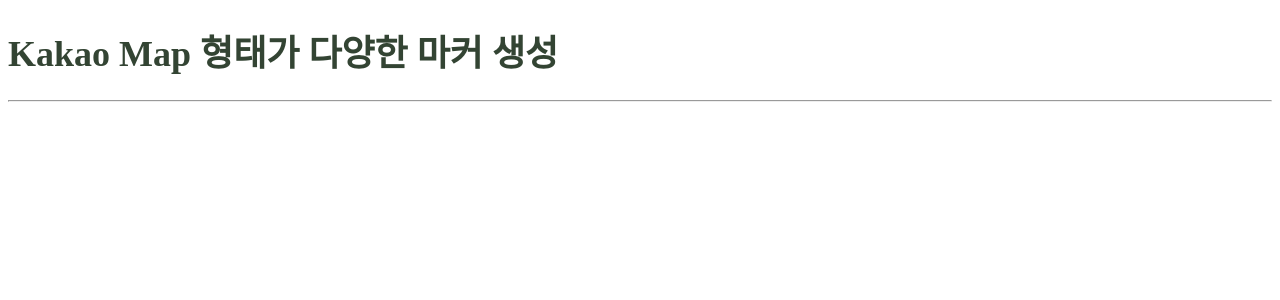
Repository: youngsik0405/KakaoMapStudy
Page: MapApp/WebContent/MapTest016.html
These files come from the project's save history. The page is drawn as it stood at one moment and after the next save; the edit follows.
The browser window is 1280 px wide. The pictures show the whole page.

Above is the page before, as saved 2025-03-11 03:09:08.
Console error: ReferenceError: initialize is not defined

### MapApp/WebContent/MapTest016.html
<!DOCTYPE html>
<html>
<head>
<meta charset="UTF-8">
<title>MapTest016.html</title>
<link rel="stylesheet" type="text/css" href="css/main.css">




</head>
<body onload="initialize()">

<!-- ○ 발급 받은 App Key -->
<!-- 3af3385ec0e17fc36675a7fccbb6a9a2 -->

<!-- ○ 지도의 중심 좌표(풍성빌딩) -->
<!-- 37.556529, 126.919510 -->

<!-- ○ 길건너 스타벅스 -->
<!-- 37.556870, 126.919994 -->

<!-- ○ 홍대입구역 2번출구 앞 스타벅스 -->
<!-- 37.557159, 126.923603 -->


<div>
	<h1>Kakao Map 형태가 다양한 마커 생성</h1>
	<hr>
</div>

<div id="map" style="width: 100%; height: 400px;"></div>
<br>

</body>
</html>

### MapApp/WebContent/css/main.css
@charset "UTF-8";

/* main.css */

*
{
	font-family: 맑은 고딕;
	color: #334433;
}

body, p, div, span, input, table, th, td, select
{
	font-size: 18px;
}

.control
{
	border: 1px solid gray;
	border-radius: 3px;
}

.table
{
	border-collapse: collapse;
	width: 100%;
}

.table th, .table td
{
	border: 1px solid gray;
	border-left: 0px;
	border-right: 0px;
	padding: 3px;
	line-height: 150%;
}

.table th
{
	font-weight: bold;
	background-color: #eeeeee;
}

.btn
{
	font-weight: bold;
}

.btn:hover
{
	color: white;
	background-color: #778877;
}

After the next save:
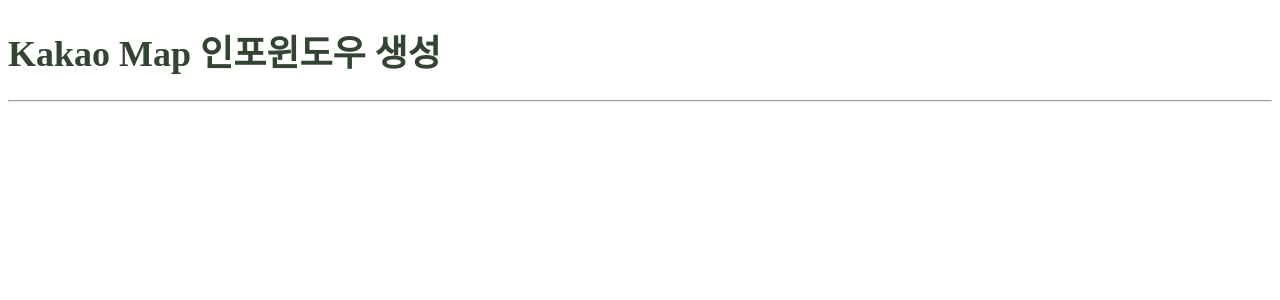
Saved 12 s later.
--- a/MapApp/WebContent/MapTest016.html
+++ b/MapApp/WebContent/MapTest016.html
@@ -25,7 +25,7 @@
 
 
 <div>
-	<h1>Kakao Map 형태가 다양한 마커 생성</h1>
+	<h1>Kakao Map 인포윈도우 생성</h1>
 	<hr>
 </div>
 
